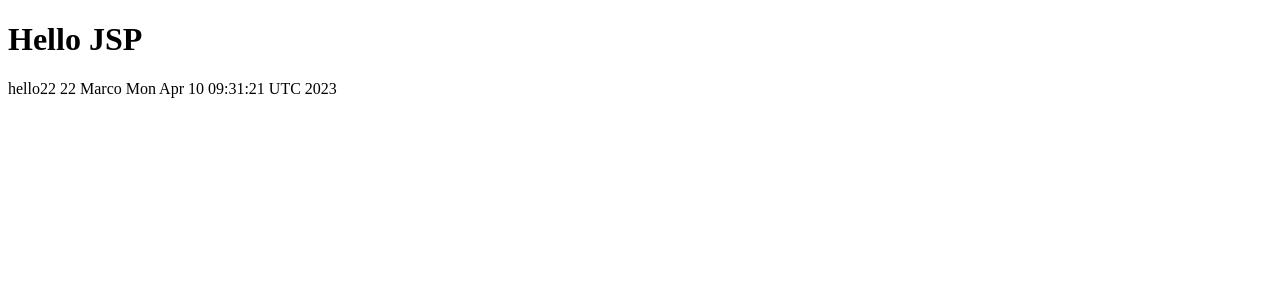
Repository: marcoscheuerer/Java_Enterprise
Page: http://localhost/S01L05_Hello_JSP/HelloJSP.jsp
An editor plug-in stored every save of this project. The page is shown before and after the next save, followed by the edit.
The browser window is 1280 px wide. The pictures show the whole page.
The page is served by Tomcat 9.

Above is the page before, as saved 2023-04-10 09:57:44.

### S01L05_Hello_JSP/src/main/webapp/HelloJSP.jsp
<%@ page language="java" contentType="text/html; charset=UTF-8"
    pageEncoding="UTF-8"%>
<!DOCTYPE html>
<html>
<head>
<meta charset="UTF-8">
<title>Hello JSP</title>
</head>
<body>
<h1>Hello JSP</h1>
<%! public int x = 22; %>
<%= "hello" + x %>
<%= new Integer(22) %>
<%= new String("Marco") %>
<%= new java.util.Date() %>

</body>
</html>

After the next save:
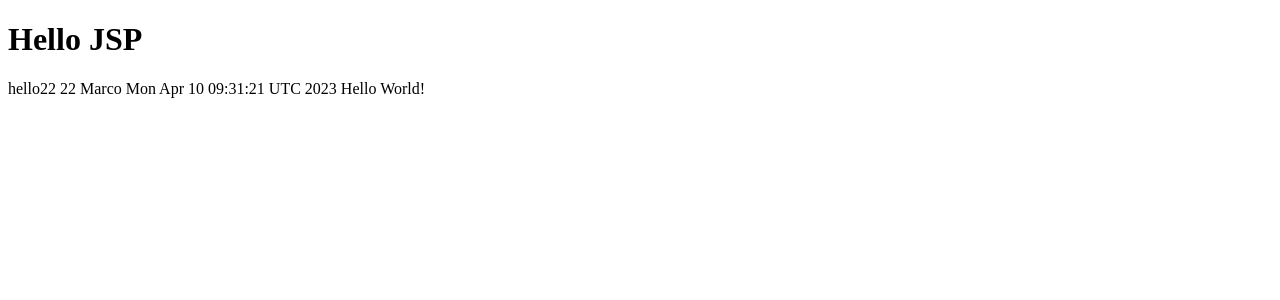
Saved 30 s later.
--- a/S01L05_Hello_JSP/src/main/webapp/HelloJSP.jsp
+++ b/S01L05_Hello_JSP/src/main/webapp/HelloJSP.jsp
@@ -14,5 +14,7 @@
 <%= new String("Marco") %>
 <%= new java.util.Date() %>
 
+<% out.println("Hello World!"); %>
+
 </body>
 </html>
